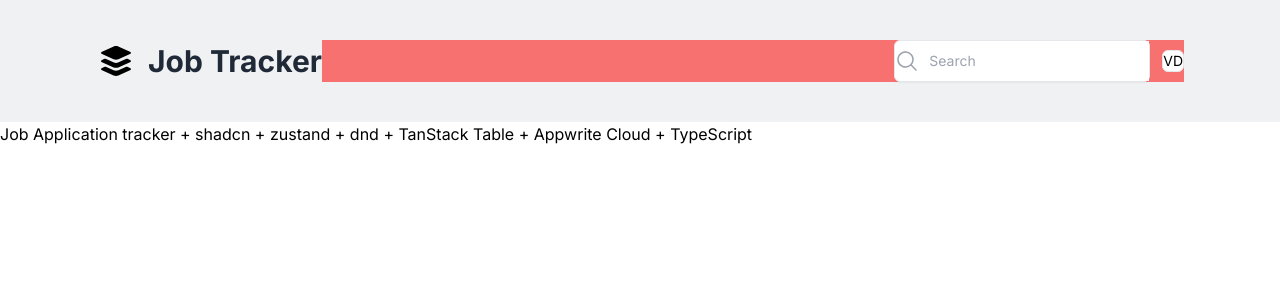
Repository: Vasil1001/job-applications-tracker-nextjs
Page: /
An editor plug-in stored every save of this project. The page is shown before and after the next save, followed by the edit.
The browser window is 1280 px wide. The pictures show the whole page.
The project was rebuilt for these pictures with package versions that can differ from the ones it lists, and the page was loaded fresh each time. The framework's server and built-in components were replaced by stand-ins that run in the browser. Also part of the build but not shown: next.config.js.

Above is the page before, as saved 2023-06-24 17:32:34.

### app/layout.tsx
import "./globals.css";
import { Inter } from "next/font/google";

const inter = Inter({ subsets: ["latin"] });

export const metadata = {
  title: "Job Tracker",
  description: "Generated by create next app",
};

export default function RootLayout({
  children,
}: {
  children: React.ReactNode;
}) {
  return (
    <html lang="en">
      <body suppressHydrationWarning={true} className={inter.className}>{children}</body>
    </html>
  );
}

### app/page.tsx
import Header from "@/components/Header";
import Image from "next/image";

export default function Home() {
  return (
    <main className="flex min-h-screen max-w-screen flex-col justify-between mx-auto">
      {/* Header Component */}
      <Header />

      {/* Board dnd Component */}

    </main>
  );
}

### components/Header.tsx
"use client";
import { Search } from "lucide-react";
import React from "react";
import SearchBar from "./navbar/SearchBar";
import { IoIosApps } from "react-icons/io";
import { RiSendPlaneLine } from "react-icons/ri";
import { BiNotepad } from "react-icons/bi";
import Image from "next/image";
import { MagnifyingGlassIcon, UserCircleIcon } from "@heroicons/react/24/solid";
import { FiUser } from "react-icons/fi";
import { HiMagnifyingGlass } from "react-icons/hi2";
import Navbar from "./navbar/Navbar";
import Avatar from "react-avatar";

export default function Header() {
  return (
    <header>
      <div className="flex flex-col md:flex-row items-center p-5 xl:p-10 xl:px-24 bg-gray-500/10">
        {/* <Navbar /> */}
        {/* <Image
          src="https://links.papareact.com/c2cdd5"
          alt="Logo"
          width={300}
          height={100}
          className="w-44 md:w-56 pb-10 md:pb-0 object-contain"
        /> */}
        {/* Logo */}
        <div className="flex items-center font-bold text-3xl mb-3 md:mb-0">
          <IoIosApps size={40} className="mr-3" />
          <span className="text-gray-800">Job Tracker</span>
        </div>

        {/* Search input, button and profile */}
        <div className="flex bg-red-400 items-center gap-3 flex-1 justify-end w-full">
          <form className="peer flex items-center space-l-5 bg-white border shadow-sm focus-visible:outline-none focus-visible:ring-1 focus:ring-gray-400 text-black border-gray-200 sm:text-sm rounded-md hover:border-gray-300 placeholder:text-gray-400 focus:placeholder:text-gray-500 flex-1 md:flex-initial">
            <HiMagnifyingGlass className="w-6 h-6 text-gray-400" />
            <input
              type="text"
              placeholder="Search"
              className="flex-1 outline-none p-2.5  "
            />
            <button hidden> Search</button>
          </form>

          <button className="flex-initial  text-black text-sm font-regular border focus-visible:outline-none focus-visible:ring-1 focus:ring-gray-400 bg-white border-gray-200 sm:text-sm rounded-md hover:border-gray-300 ">
            VD
          </button>
        </div>

        {/* <Avatar name="Vasilis Dzhakov" round color="#ffffff" size="50" fgColor='black' /> */}
        <div className="flex gap-3.5">
          {/* <SearchBar />
            <button className="py-2 px-4 flex-initial text-black border focus-visible:outline-none focus-visible:ring-1 focus:ring-gray-400 bg-white border-gray-200 sm:text-sm rounded-md hover:border-gray-300 ">
              User
            </button> */}
        </div>
      </div>
      <h1>
        Job Application tracker + shadcn + zustand + dnd + TanStack Table +
        Appwrite Cloud + TypeScript
      </h1>
    </header>
  );
}

Loaded but not shown: app/globals.css (common file); tailwind.config.js (common file)

After the next save:
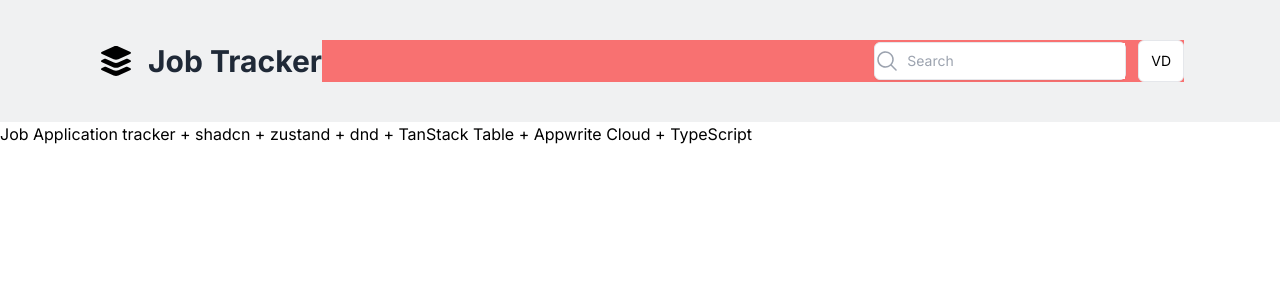
Saved 4 s later.
--- a/components/Header.tsx
+++ b/components/Header.tsx
@@ -37,12 +37,12 @@ export default function Header() {
             <input
               type="text"
               placeholder="Search"
-              className="flex-1 outline-none p-2.5  "
+              className="flex-1 outline-none p-2  "
             />
             <button hidden> Search</button>
           </form>
 
-          <button className="flex-initial  text-black text-sm font-regular border focus-visible:outline-none focus-visible:ring-1 focus:ring-gray-400 bg-white border-gray-200 sm:text-sm rounded-md hover:border-gray-300 ">
+          <button className="flex-initial p-2.5 px-3 text-black text-sm font-regular border focus-visible:outline-none focus-visible:ring-1 focus:ring-gray-400 bg-white border-gray-200 sm:text-sm rounded-md hover:border-gray-300 ">
             VD
           </button>
         </div>
